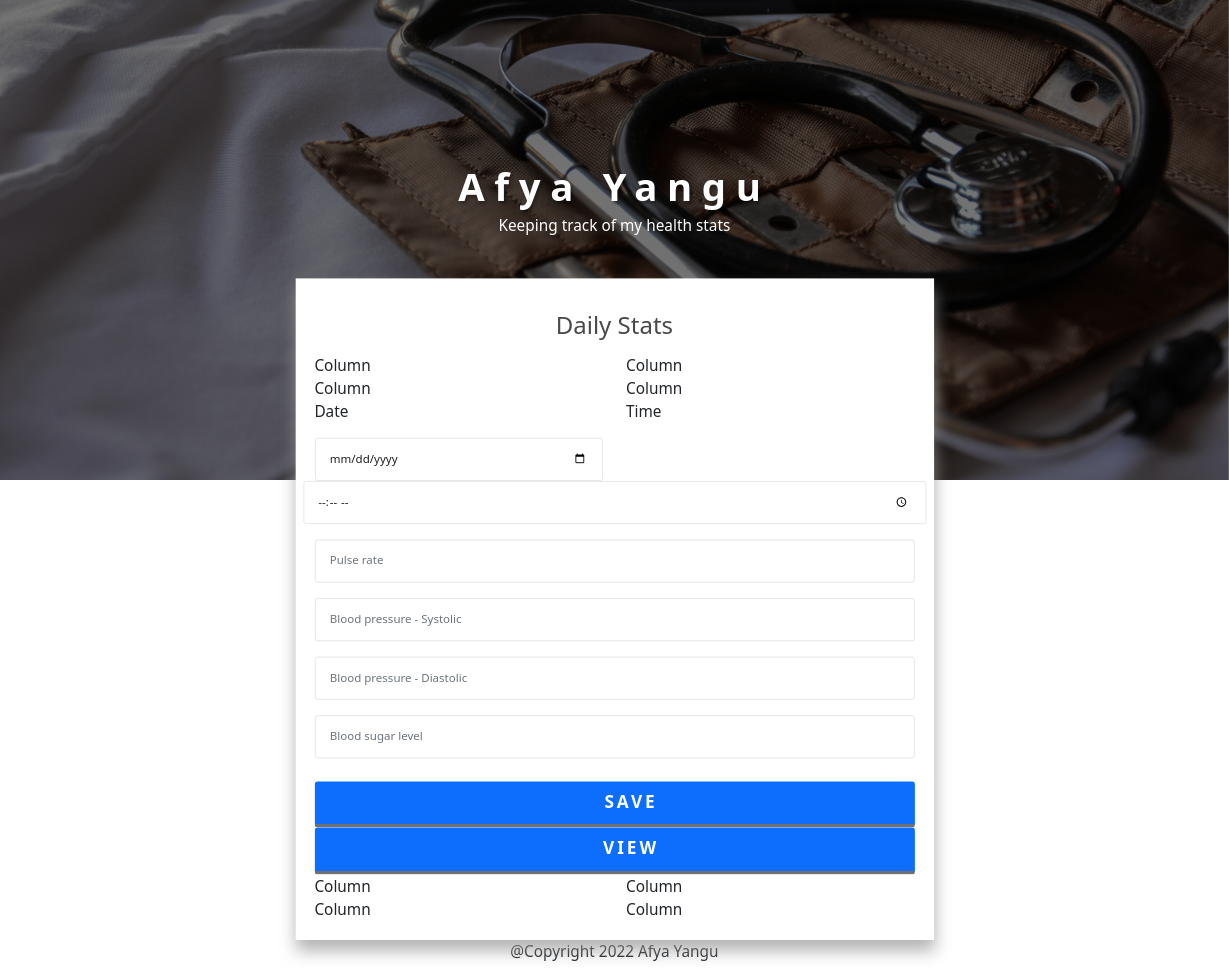
Repository: nashthecoder/afya_yangu
Page: /
An editor plug-in stored every save of this project. The page is shown before and after the next save, followed by the edit.
The browser window is 1280 px wide. The pictures show the whole page, at 96% of full size.
The project was rebuilt for these pictures with package versions that can differ from the ones it lists, and the page was loaded fresh each time.

Above is the page before, as saved 2022-02-27 15:51:44.

After the next save:
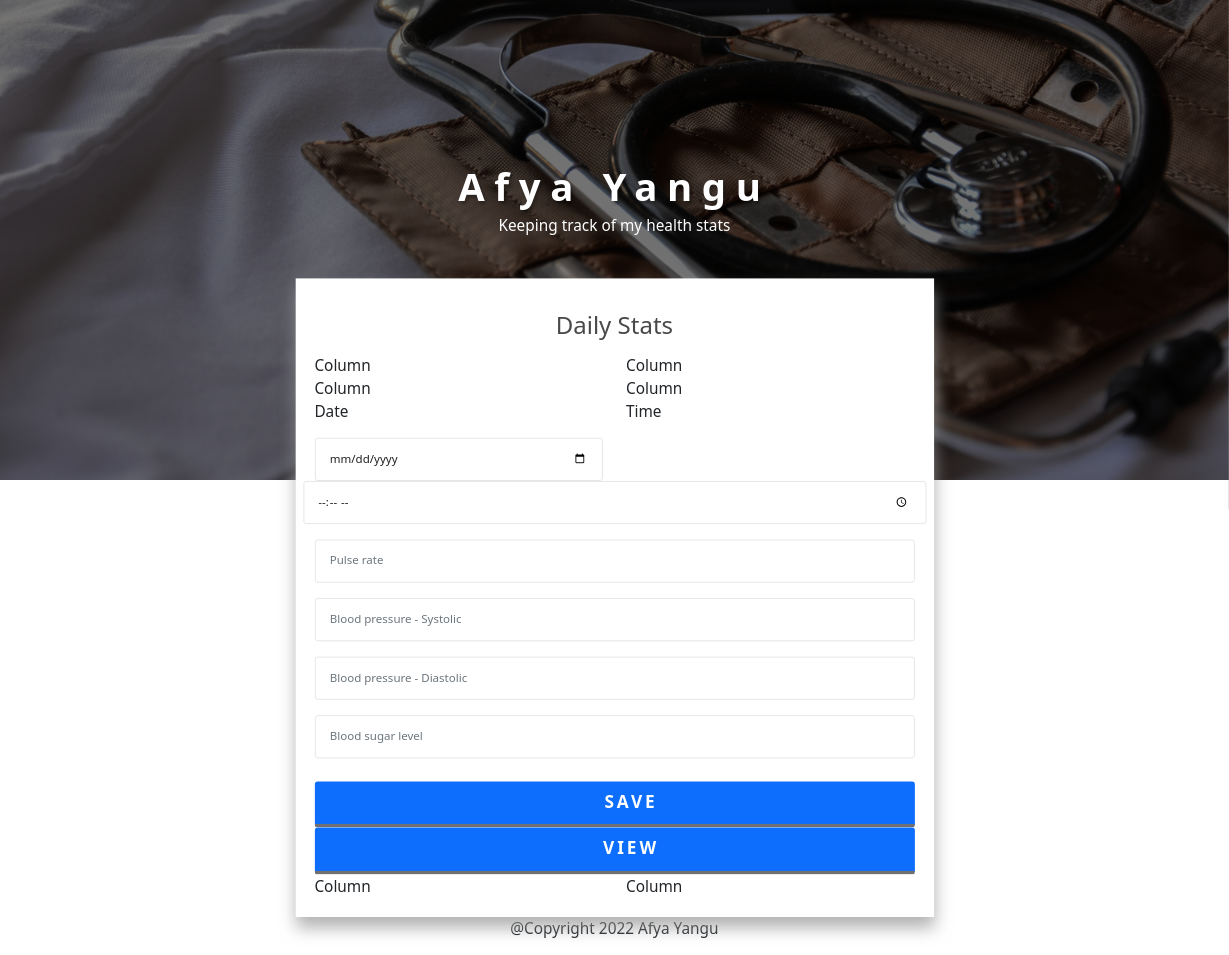
Saved 7 s later.
--- a/src/components/Form.js
+++ b/src/components/Form.js
@@ -108,8 +108,6 @@ const Form = () => {
                                 <div class="row row-cols-2">
                                     <div class="col">Column</div>
                                     <div class="col">Column</div>
-                                    <div class="col">Column</div>
-                                    <div class="col">Column</div>
                                 </div>
                             </div>
                                 </div>
